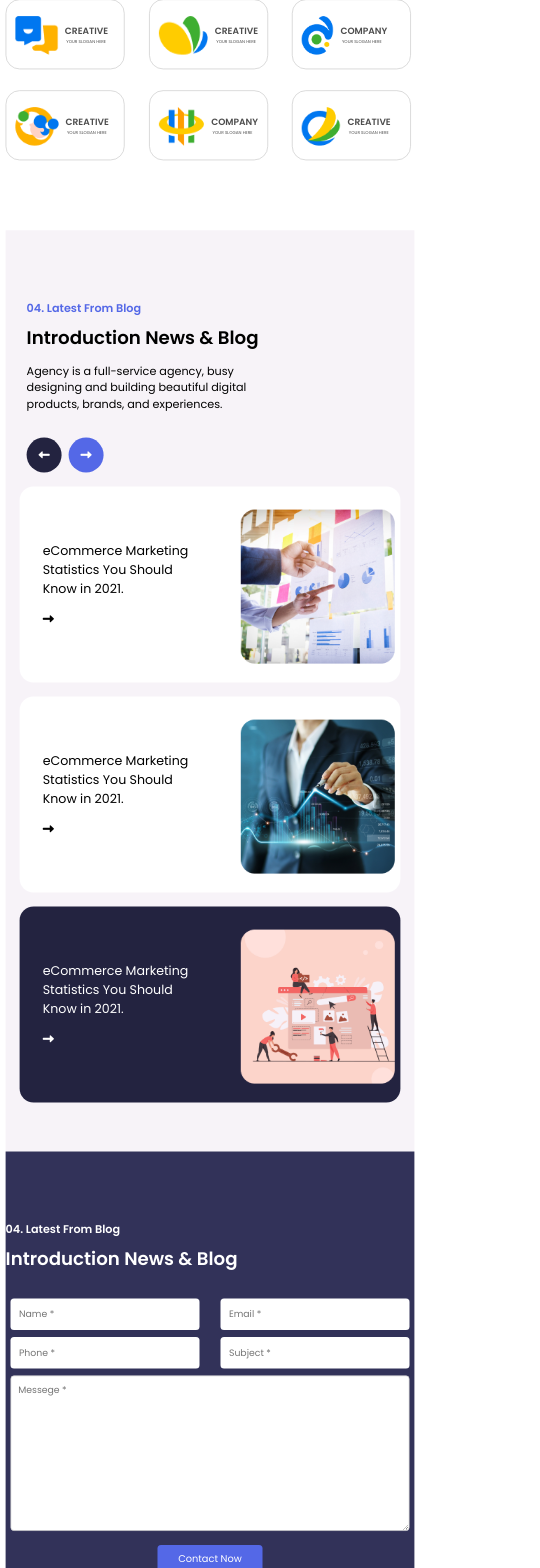
Repository: tranchi0120/LangdingPage-Htmlcss-Ago
Page: index.html
An editor plug-in stored every save of this project. The page is shown before and after the next save, followed by the edit.
The browser window is 600 px wide. The page is 771 px wide, so the pictures cover 771 px, including what lies to the right of the window. The pictures show the part of the page from y = 4260 to 6500 px (the page is 7454 px tall), at 70% of full size.
Some web libraries are served in a nearby version. The style sheet was rebuilt from its Sass, Less or Tailwind sources for each picture, by a compiler version that may differ from the author's.

Above is the page before, as saved 2022-08-18 14:46:24.

### index.html
<!DOCTYPE html>
<html lang="en">

<head>
    <meta charset="UTF-8" />
    <meta http-equiv="X-UA-Compatible" content="IE=edge" />
    <meta name="viewport" content="width=device-width, initial-scale=1.0" />
    <title>Ago</title>
    <!-- css -->
    <link rel="stylesheet" href="./css/app.css" />
    <!-- google font  -->
    <link rel="preconnect" href="https://fonts.googleapis.com" />
    <link rel="preconnect" href="https://fonts.gstatic.com" crossorigin />
    <link href="https://fonts.googleapis.com/css2?family=Poppins:wght@400;600;700&display=swap" rel="stylesheet" />
    <!-- google icon awaresome -->
    <link rel="stylesheet" href="https://cdnjs.cloudflare.com/ajax/libs/font-awesome/6.1.1/css/all.min.css">
    <!-- sass ./sass/app.scss ./css/app.css --watch -->
</head>

<body>
    <header class="header">
        <div class="header-top container">
            <span class="header-top-title">
                Welcome to Ago! Building Creative Business Agency
            </span>
            <div class="header-top-right">
                <div class="header-login">
                    <i class="fa-solid fa-user"></i>
                    <a href="#!" style="color:#666666">Login</a>
                </div>
                <div class="header-nation">
                    <i class="fa-solid fa-globe"></i>
                    <span class="header-language">English</span>
                    <i class="fa-solid fa-angle-down"></i>
                </div>
            </div>
        </div>
        <div class="header-line">
        </div>
        <div class="header-under container">
            <div class="header-under-logo">
                <div class="header-under-image">
                    <img class="header-under-img" src="./images/logo.png" alt="#">
                </div>
                <span class="header-under-name">Ago</span>
            </div>
            <div class="header-menu">
                <ul class="menu">
                    <li class="menu-item">
                        <a href="#" class="menu-link">Home</a>
                    </li>
                    <li class="menu-item">
                        <a href="#" class="menu-link">Features</a>
                        <i class="fa-solid fa-angle-down"></i>
                    </li>
                    <li class="menu-item">
                        <a href="#" class="menu-link">Services</a>
                    </li>
                    <li class="menu-item">
                        <a href="#" class="menu-link">Pages</a>
                    </li>
                    <li class="menu-item">
                        <a href="#" class="menu-link">Blog</a>
                    </li>
                    <li class="menu-item">
                        <a href="#" class="menu-link">Support</a>
                    </li>
                </ul>
                <div class="menu-button">
                    <i class="fa-solid fa-magnifying-glass menu-icon"></i>
                    <div class="button header-button">Contact Us</div>
                </div>
            </div>
        </div>
    </header>
    <main>
        <section class="hero">
            <div class="container">
                <div class="hero-main">
                    <div class="hero-left">
                        <div class="hero-title">
                            Trusted Professional Service.
                        </div>
                        <span class="hero-content">
                            Ago is a full-service agency, busy designing and building beautiful digital products,
                            brands, and
                            experiences.
                        </span>
                        <div class="hero-button">
                            <div class="button">Recent Work</div>
                        </div>
                        <div class="hero-down">
                            <div class="hero-icondown">
                                <i style="color:#ffffff ;" class="fa-solid fa-arrow-down"></i>
                            </div>
                            <p class="hero-scroll">
                                Scroll Down
                            </p>
                        </div>
                    </div>
                    <div class="hero-right">
                        <img class="hero-img" src="./images/hero.png" alt="#">
                    </div>
                </div>
            </div>
        </section>
        <section class="about">
            <div class="container">
                <div class="about-main">
                    <div class="about-images">
                        <img src="./images/about1.png" alt="#" class="about-img1">
                        <img src="./images/about2.png" alt="#" class="about-img2">
                        <img src="./images/about3.png" alt="#" class="about-img3">
                    </div>
                    <div class="about-us">
                        <h5 class="about-number">
                            01. About Us
                        </h5>
                        <div class="about-title">
                            We Make Designs that Lead and Inpire.
                        </div>
                        <div class="about-name">
                            A design team building a created
                            marketplace for UI designers.
                        </div>
                        <div class="about-content">
                            2,360 curated design resources to energize your creative workflow. We're a growing family of
                            682,268 designers and makers from around the world
                        </div>
                        <div class="menu-button">
                            <div class="button">Contact Us</div>
                        </div>
                    </div>
                </div>
            </div>
        </section>
        <section class="interactive">
            <div class="container">
                <div class="interactive-main">
                    <h5 class="interactive-number">
                        02. What We Do
                    </h5>
                    <div class="interactive-title">
                        <span class="interactive-name">
                            We Make Designs that Lead and Inpire.
                        </span>
                        <div class="interactive-icon">
                            <i class="fa-solid fa-left-long interactive-iconleft"></i>
                            <i class="fa-solid fa-right-long interactive-iconright"></i>
                        </div>
                    </div>
                    <div class="interactive-group">
                        <div class="interactive-box">
                            <div class="row-circle">
                                <img class="row-img" src="./images/row1.png" alt="#">
                                <h2 class="row-number">
                                    26k
                                </h2>
                                <span class="row-title">
                                    Happy Clients
                                </span>
                            </div>
                            <div class="row-circle2">
                                <img class="row-img" src="./images/row2.png" alt="#">
                                <h2 class="row-number2">
                                    76k
                                </h2>
                                <span class="row-title2">
                                    Project Done
                                </span>
                                <span class="row-content2">
                                    Lorem ipsum dolor sit amet, consectetur adipiscing elit. Mauris sapien egestas augue
                                    enim amet scelerisque.
                                </span>
                            </div>
                            <div class="row-circle">
                                <img class="row-img" src="./images/row3.png" alt="#">
                                <h2 class="row-number">
                                    20k
                                </h2>
                                <span class="row-title">
                                    AWARDS WON
                                </span>
                            </div>
                            <div class="row-circle">
                                <img class="row-img" src="./images/row4.png" alt="#">
                                <h2 class="row-number">
                                    20k
                                </h2>
                                <span class="row-title">
                                    DAILY DATA INPUT
                                </span>
                            </div>
                        </div>
                    </div>
                </div>
            </div>
        </section>
        <section class="service">
            <div class="container">
                <h5 class="service-number">
                    03. Our Services
                </h5>
                <div class="service-title">
                    <span class="service-name">
                        Welcome to Our Professional Service
                    </span>
                </div>
                <div class="service-main">
                    <div class="service-left">
                        <h2 class="service-left-title">
                            Professional Website
                            Design Consulting
                        </h2>
                        <p class="service-left-content">
                            Agency is a full-service agency, busy designing and building beautiful digital products,
                            brands, and experiences.
                        </p>
                        <div class="menu-button">
                            <div class="button">View Detail</div>
                        </div>
                        <div class="service-left-images">
                            <img src="./images/service1.png" alt="#" class="service-left-img">
                            <img src="./images/service2.png" alt="#" class="service-left-img">
                            <img src="./images/service3.png" alt="#" class="service-left-img">
                        </div>
                    </div>
                    <div class="service-right">
                        <img src="./images/service4.png" alt="#" class="service-right-img">
                    </div>
                </div>
                <div class="service-bottom">
                    <div class="service-box">
                        <div class="service-box-imgs">
                            <img src="./images/logo1.png" alt="#" class="service-box-img">
                        </div>
                        <div class="service-box-text">
                            <h2 class="service-box-title">CREATIVE</h2>
                            <p class="service-box-slogan">YOUR SLOGAN HERE</p>
                        </div>
                    </div>
                    <div class="service-box">
                        <div class="service-box-imgs">
                            <img src="./images/logo2.png" alt="#" class="service-box-img">
                        </div>
                        <div class="service-box-text">
                            <h2 class="service-box-title">CREATIVE</h2>
                            <p class="service-box-slogan">YOUR SLOGAN HERE</p>
                        </div>
                    </div>
                    <div class="service-box">
                        <div class="service-box-imgs">
                            <img src="./images/logo3.png" alt="#" class="service-box-img">
                        </div>
                        <div class="service-box-text">
                            <h2 class="service-box-title">COMPANY</h2>
                            <p class="service-box-slogan">YOUR SLOGAN HERE</p>
                        </div>
                    </div>
                    <div class="service-box">
                        <div class="service-box-imgs">
                            <img src="./images/logo4.png" alt="#" class="service-box-img">
                        </div>
                        <div class="service-box-text">
                            <h2 class="service-box-title">CREATIVE</h2>
                            <p class="service-box-slogan">YOUR SLOGAN HERE</p>
                        </div>
                    </div>
                    <div class="service-box">
                        <div class="service-box-imgs">
                            <img src="./images/logo5.png" alt="#" class="service-box-img">
                        </div>
                        <div class="service-box-text">
                            <h2 class="service-box-title">COMPANY</h2>
                            <p class="service-box-slogan">YOUR SLOGAN HERE</p>
                        </div>
                    </div>
                    <div class="service-box">
                        <div class="service-box-imgs">
                            <img src="./images/logo6.png" alt="#" class="service-box-img">
                        </div>
                        <div class="service-box-text">
                            <h2 class="service-box-title">CREATIVE</h2>
                            <p class="service-box-slogan">YOUR SLOGAN HERE</p>
                        </div>
                    </div>
                </div>
            </div>
        </section>
        <section class="latest">
            <div class="container">
                <div class="latest-main">
                    <div class="latest-group">
                        <h5 class="latest-number">
                            04. Latest From Blog
                        </h5>
                        <span class="latest-title">
                            Introduction News & Blog
                        </span>
                        <p class="latest-content">
                            Agency is a full-service agency, busy designing and building beautiful digital products,
                            brands, and experiences.
                        </p>
                        <div class="latest-icon">
                            <div class="latest-icon-left">
                                <i class="fa-solid fa-left-long"></i>
                            </div>
                            <div class="latest-icon-right">
                                <i class="fa-solid fa-right-long"></i>
                            </div>
                        </div>
                    </div>
                    <div class="latest-groups">
                        <div class="latest-box">
                            <p class="latest-text">
                                eCommerce Marketing
                                Statistics You Should
                                Know in 2021.
                            </p>
                            <i class="fa-solid fa-right-long"></i>
                        </div>
                        <div class="latest-image">
                            <img src="./images/latest1.png" alt="#" class="latest-img">
                        </div>
                    </div>
                    <div class="latest-groups">
                        <div class="latest-box">
                            <p class="latest-text">
                                eCommerce Marketing
                                Statistics You Should
                                Know in 2021.
                            </p>
                            <i class="fa-solid fa-right-long"></i>
                        </div>
                        <div class="latest-image">
                            <img src="./images/latest2.png" alt="#" class="latest-img">
                        </div>
                    </div>
                    <div class="latest-groups3">
                        <div class="latest-box3">
                            <p class="latest-text3">
                                eCommerce Marketing
                                Statistics You Should
                                Know in 2021.
                            </p>
                            <i class="fa-solid fa-right-long"></i>
                        </div>
                        <div class="latest-image">
                            <img src="./images/latest3.png" alt="#" class="latest-img">
                        </div>
                    </div>
                </div>
            </div>
        </section>
        <section class="contact">
            <div class="container">
                <!-- <img class="contact-background" src="./images/background.png" alt="#"> -->
                <div class="contact-main">
                    <h5 class="contact-number">
                        04. Latest From Blog
                    </h5>
                    <span class="contact-title">
                        Introduction News & Blog
                    </span>
                    <div class="contact-import">
                        <input class="contact-input" type="text" placeholder="Name *">
                        <input class="contact-input" type="text" placeholder="Email *">
                        <input class="contact-input" type="text" placeholder="Phone *">
                        <input class="contact-input" type="text" placeholder="Subject *">
                        <textarea class="contact-textarea" name="text" id="#" cols="30" rows="10"
                            placeholder="Messege *"></textarea>
                    </div>
                    <div class="menu-button">
                        <div class="button contact-button">Contact Now</div>
                    </div>
                </div>
            </div>
        </section>
        <section class="subscribe">
            <div class="container">
                <div class="subscribe-main">
                    <h2 class="subscribe-title">
                        Subscribe to our Newsletter
                    </h2>
                    <p class="subscribe-text">
                        Lorem ipsum dolor sit amet, consectetur adipiscing elit. Mauris sapien egestas augue enim amet
                        scelerisque.
                    </p>
                    <div class="subscribe-import">
                        <input class="subscribe-input" type="text" placeholder="Email Address...">
                        <div class="subscribe-button">
                            <a style="color: white;" href="#!">Subscribe</a>
                        </div>
                    </div>
                </div>
            </div>
        </section>
    </main>
    <footer class="footer">
        <div class="container">
            <div class="footer-top">
                <div class="footer-group">
                    <span class="footer-group-title">
                        About US
                    </span>
                    <p class="footer-group-text">
                        Lorem ipsum dolor amet, consectetur
                        adipiscing elit. Est nulla nec semper
                        sed nunc vitae.
                    </p>
                    <div class="footer-group-icon">
                        <i class="footer-icon fa-brands fa-facebook-f"></i>
                        <i class="footer-icon fa-brands fa-twitter"></i>
                        <i class="footer-icon fa-brands fa-instagram"></i>
                        <i class="footer-icon fa-brands fa-youtube"></i>
                    </div>
                </div>
                <div class="footer-group">
                    <span class="footer-group-title">
                        Need Help?
                    </span>
                    <ul class="footer-group-box">
                        <li class="footer-group-li">Help Center</li>
                        <li class="footer-group-li">Terms of Services</li>
                        <li class="footer-group-li">Community Meet</li>
                        <li class="footer-group-li">Pricing Plan</li>
                    </ul>
                </div>
                <div class="footer-group">
                    <span class="footer-group-title">
                        live contact
                    </span>
                    <ul class="footer-group-box">
                        <li class="footer-group-li">Live Chat</li>
                        <li class="footer-group-li">Phone: (+123)4 567 890</li>
                        <li class="footer-group-li">Hotline: (+84) 399 2689</li>
                        <li class="footer-group-li">Support@domain.com</li>
                    </ul>
                </div>
                <div class="footer-group">
                    <span class="footer-group-title">
                        Address
                    </span>
                    <ul class="footer-group-box">
                        <p class="footer-group-address">1 Beverly Hills, House 36,
                            Los Angeles, California,
                            United States.</p>
                    </ul>
                </div>
            </div>
        </div>
        <div class="footer-bottom">
            <div class="container">
                <div class="footer-bottom-main">
                    <p class="footer-bottom-text">
                        Copyright ©2021 BzoTech. All Rights Reserved.
                    </p>
                    <a href="#">
                        <i class="footer-bottom-icon fa-solid fa-angle-up"></i>
                    </a>
                    <p class="footer-bottom-text">
                        Design by BzoTech
                    </p>
                </div>
            </div>
        </div>
    </footer>
</body>

</html>

### sass/app.scss
@import "global";
@import "header";
@import "menu";
@import "variable";
@import "hero";
@import "about";
@import "interactive";
@import "row";
@import "service";
@import "latest";
@import "contact";
@import "subscribe";
@import "footer";

### sass/_variable.scss
$font: "Poppins", sans-serif;
$color1: #232340;
$color2: #323259;
$color-btn: #5468e7;
$black: #222222;
$white: #ffffff;

### sass/_contact.scss
.contact {
    background: #323259;
    padding-bottom: 30px;
    &-main {
        padding-top: 100px;
        margin: 0 auto;
    }

    &-number {
        margin-bottom: 10px;
        margin-top: 0;
        font-weight: 600;
        line-height: 24px;
        color: white;
        font-size: 16px;
    }
    &-title {
        display: block;
        font-size: 26px;
        line-height: 39px;
        font-weight: 600;
        margin-bottom: 25px;
        color: white;
        margin-bottom: 37px;
    }
    &-input {
        padding: 12px;
        border-radius: 5px;
        height: 45px;
        width: 270px;
        border: none;
    }
    &-import {
        margin: 0 auto;
        width: 570px;
        display: grid;
        grid-template-columns: repeat(2, 1fr);
        gap: 10px 30px;
        grid-area: 3 / 1 / span 2 / span 2;
    }
    &-textarea {
        padding: 10px;
        border-radius: 5px;
        border: 1px solid #cccccc;
        // height: 130px;
        // width: 570px;
        // margin-top: 20px;
        margin-bottom: 20px;
        grid-area: 3 / 1 / span 2 / span 2;
    }
    &-button {
        margin: 0 auto;
    }

    @media screen and (max-width: 414px) {
        height: 100%;
        padding-bottom: 10px;
        &-import {
            margin: 0 auto;
            width: 100%;
            display: grid;
            grid-template-columns: repeat(1, 1fr);
            gap: 10px 30px;
        }
        &-input {
            margin: auto;
            padding: 12px;
            border-radius: 5px;
            height: 45px;
            width: 270px;
            border: none;
        }
        &-textarea {
            display: block;
            width: 270px;
            margin: 0 auto;
            margin-bottom: 30px;
            padding: 10px;
            border-radius: 5px;
            border: 1px solid #cccccc;
            height: 130px;
            margin-bottom: 20px;
        }
    }
}

Loaded but not shown: sass/_service.scss (163 lines, source omitted); sass/_latest.scss (154 lines, source omitted); sass/_hero.scss (113 lines, source omitted); sass/_about.scss (118 lines, source omitted); sass/_header.scss (102 lines, source omitted); sass/_row.scss (105 lines, source omitted); sass/_interactive.scss (96 lines, source omitted); sass/_footer.scss (77 lines, source omitted); sass/_subscribe.scss (45 lines, source omitted); sass/_menu.scss (33 lines, source omitted); sass/_global.scss (32 lines, source omitted)

After the next save:
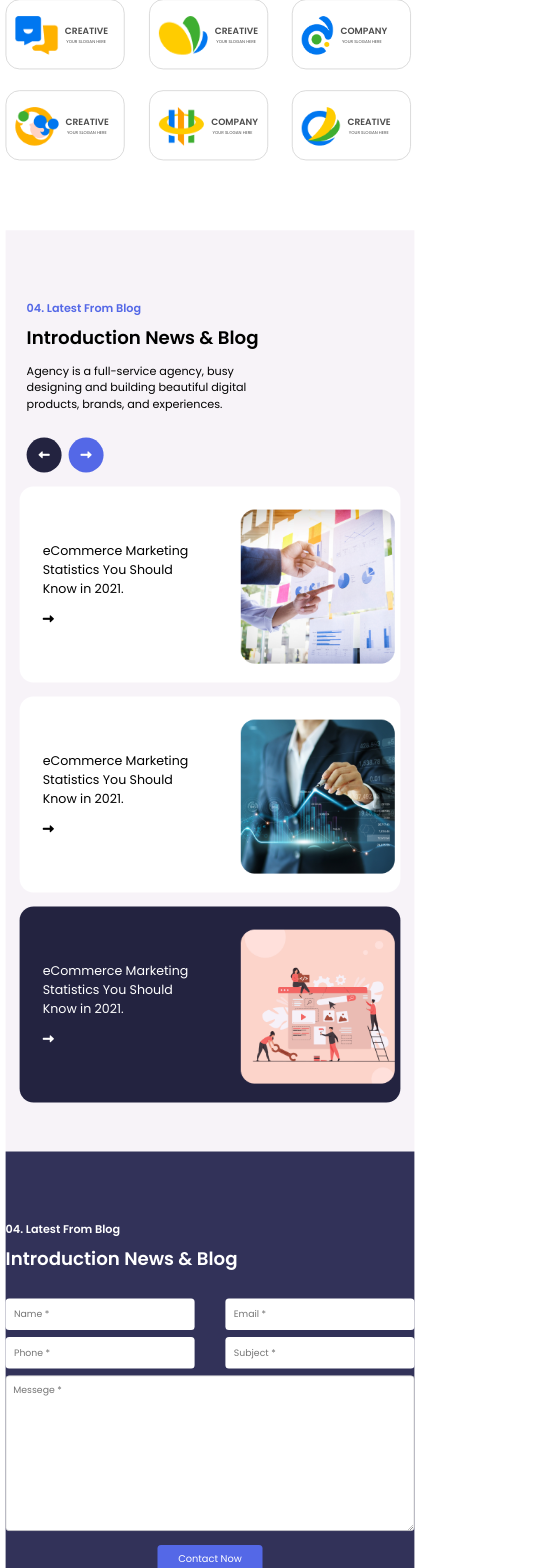
Saved 10 min 15 s later.
--- a/sass/_contact.scss
+++ b/sass/_contact.scss
@@ -52,6 +52,16 @@
         margin: 0 auto;
     }
 
+    @media only screen and (min-width: 600px) and (max-width: 750px) {
+        &-import {
+            margin: 0 auto;
+            width: 100%;
+            display: grid;
+            grid-template-columns: repeat(1, 1fr);
+            gap: 10px 30px;
+        }
+    }
+
     @media screen and (max-width: 414px) {
         height: 100%;
         padding-bottom: 10px;
